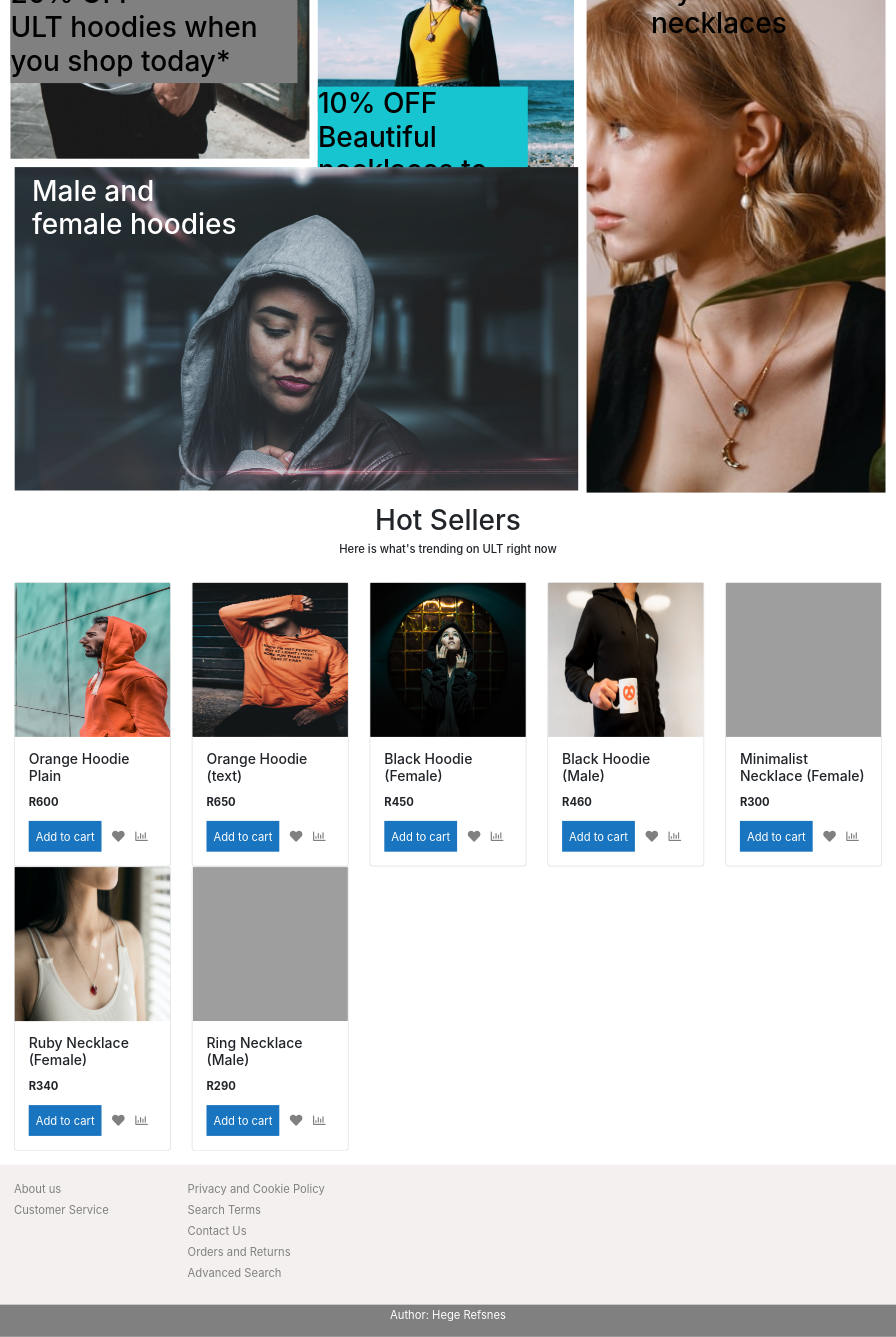
Repository: Ajtheult/Luma-Challenge-Site
Page: /
The author's editor kept a copy of each file at every save. The page is drawn from the files as they stood at one save, then again after the next save.
The browser window is 1280 px wide. The pictures show the part of the page from y = 1244 to 3164 px (the page is 3154 px tall before and 3164 px after), at 70% of full size.
Pictures or frames that could not be fetched are drawn as grey boxes. The project was rebuilt for these pictures with package versions that can differ from the ones it lists, and the page was loaded fresh each time.

Above is the page before, as saved 2020-09-01 10:57:19.

After the next save:
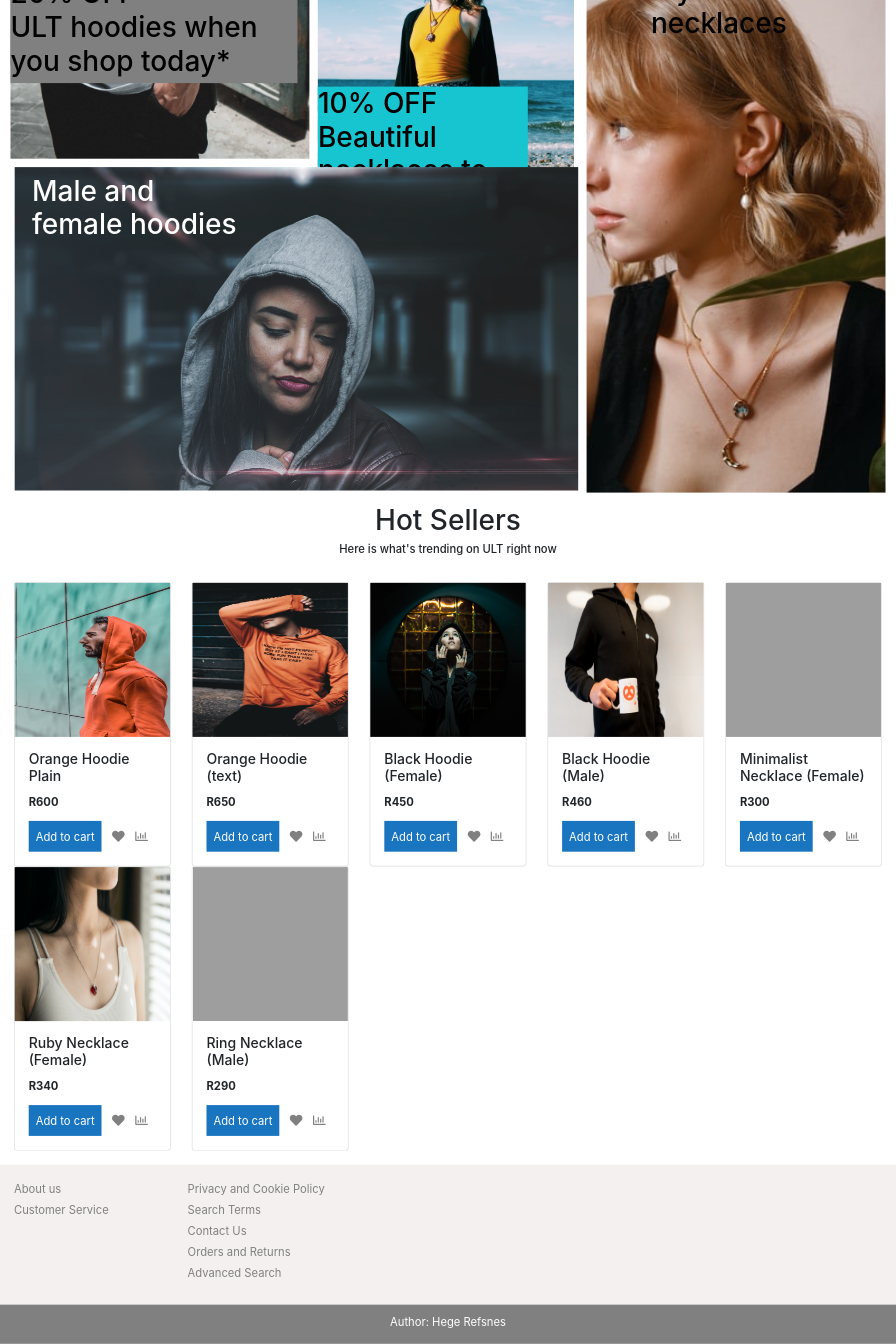
Saved 105 s later.
--- a/src/components/layout/pages/home/HomeFooter.css
+++ b/src/components/layout/pages/home/HomeFooter.css
@@ -4,6 +4,11 @@
   background-color: rgb(245, 240, 240);
   line-height: 30px;
   height: 200px;
+}
+
+.footer .div-two {
+  transform: translate(25%, -60%);
+  width: 80%;
 }
 
 .footer-two {
@@ -13,9 +18,8 @@
   color: white;
 }
 
-.footer .div-two {
-  transform: translate(25%, -60%);
-  width: 80%;
+.footer-two p {
+  margin-top: 10px;
 }
 
 a {
